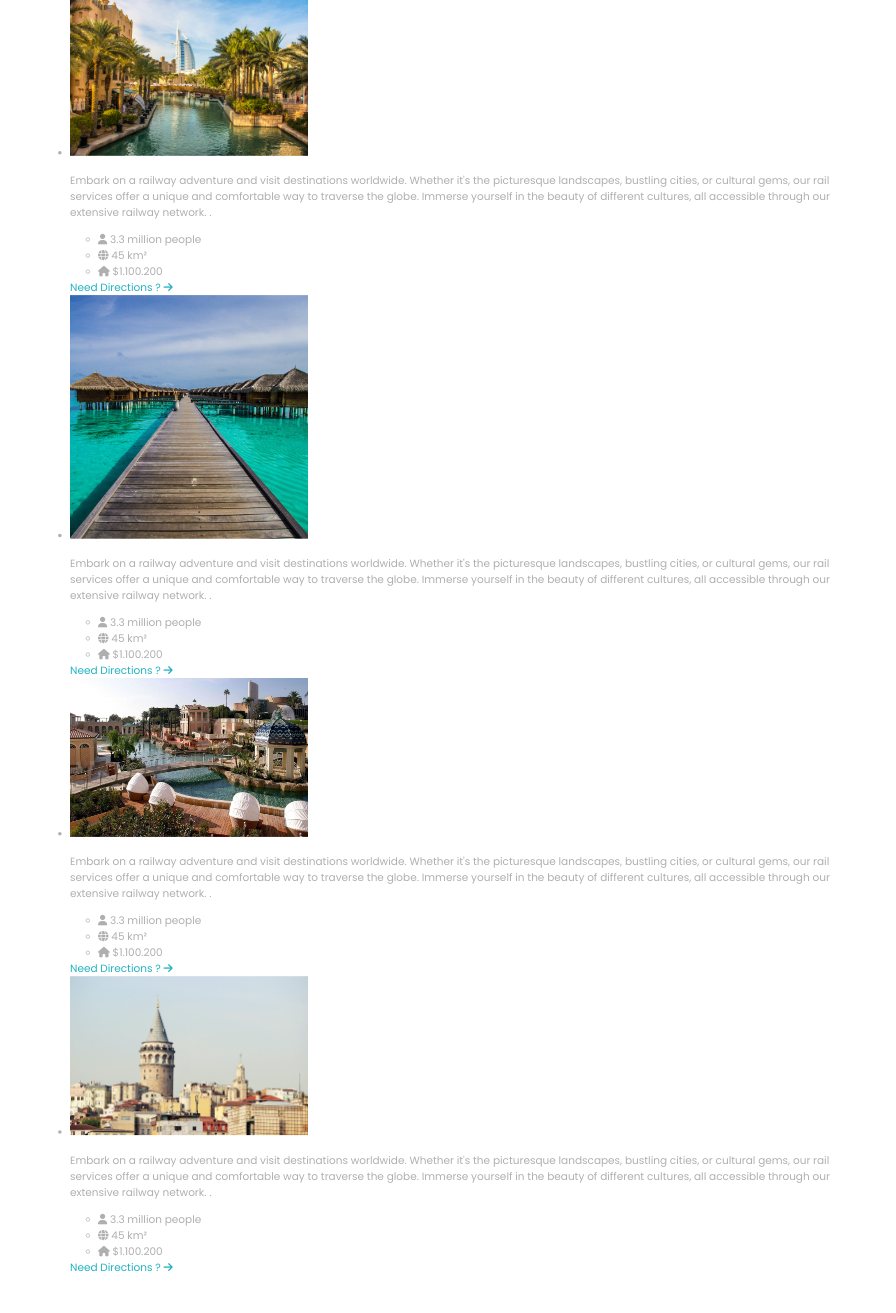
Repository: asadbekdev07/asadbekdev-zamontour-react
Page: /
These files come from the project's save history. The page is drawn as it stood at one moment and after the next save; the edit follows.
The browser window is 1280 px wide. The pictures show the part of the page from y = 3262 to 5182 px (the page is 5138 px tall before and 5441 px after), at 70% of full size.
The project was rebuilt for these pictures with package versions that can differ from the ones it lists, and the page was loaded fresh each time. Also part of the build but not shown: vite.config.js.

Above is the page before, as saved 2024-05-26 19:26:17.

After the next save:
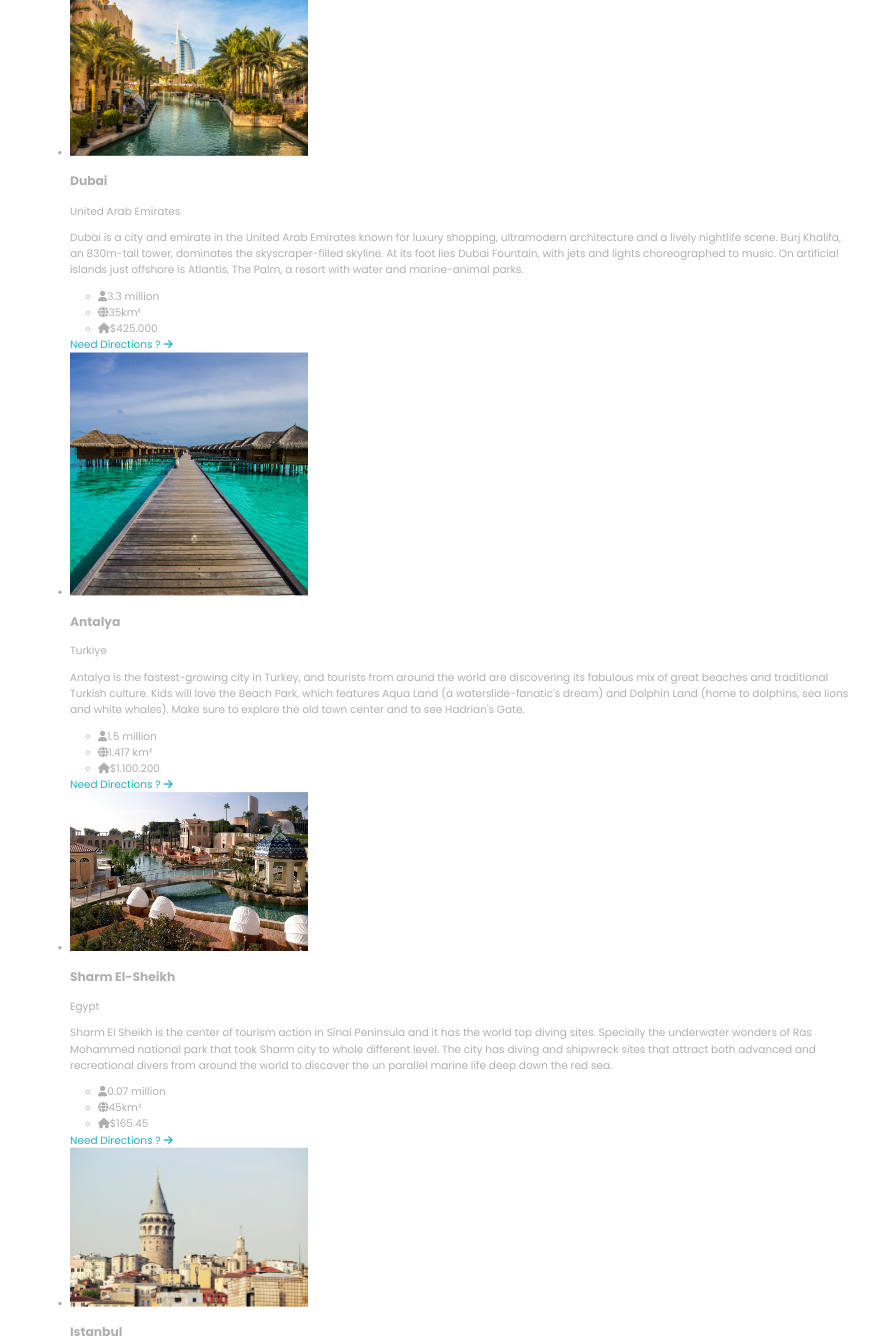
Saved 84 s later.
--- a/src/assets/components/Visit.jsx
+++ b/src/assets/components/Visit.jsx
@@ -24,17 +24,17 @@ const Visit = () => {
           <li key={index} className="visit__item">
           <img className="visit__img" src={visit.img} alt="Img" width={340} height={228} />
           <div className="visit__inner">
-            <h3 className="visit__inner-heading">{visitData.city}</h3>
-            <span className="visit__inner-span">{visitData.country}</span>
+            <h3 className="visit__inner-heading">{visit.city}</h3>
+            <span className="visit__inner-span">{visit.country}</span>
             <div className="button__wrapper button__wrapper--visit">
               <a className="button" href="#contact">Explore More</a>
             </div>
-            <p className="visit__inner-description">Embark on a railway adventure and visit destinations worldwide. Whether it&apos;s the picturesque landscapes, bustling cities, or cultural gems, our rail services offer a unique and comfortable way to traverse the globe. Immerse yourself in the beauty of different cultures, all accessible through our extensive railway network. .</p>
+            <p className="visit__inner-description">{visit.description}</p>
 
             <ul className="info">
-              <li><i className="fa fa-user"></i> 3.3 million people</li>
-              <li><i className="fa fa-globe"></i> 45 km&#178;</li>
-              <li><i className="fa fa-home"></i> $1.100.200</li>
+              <li><i className="fa fa-user"></i>{visit.population}</li>
+              <li><i className="fa fa-globe"></i>{visit.territory}</li>
+              <li><i className="fa fa-home"></i>{visit.avgPrice}</li>
             </ul>
 
             <div>
